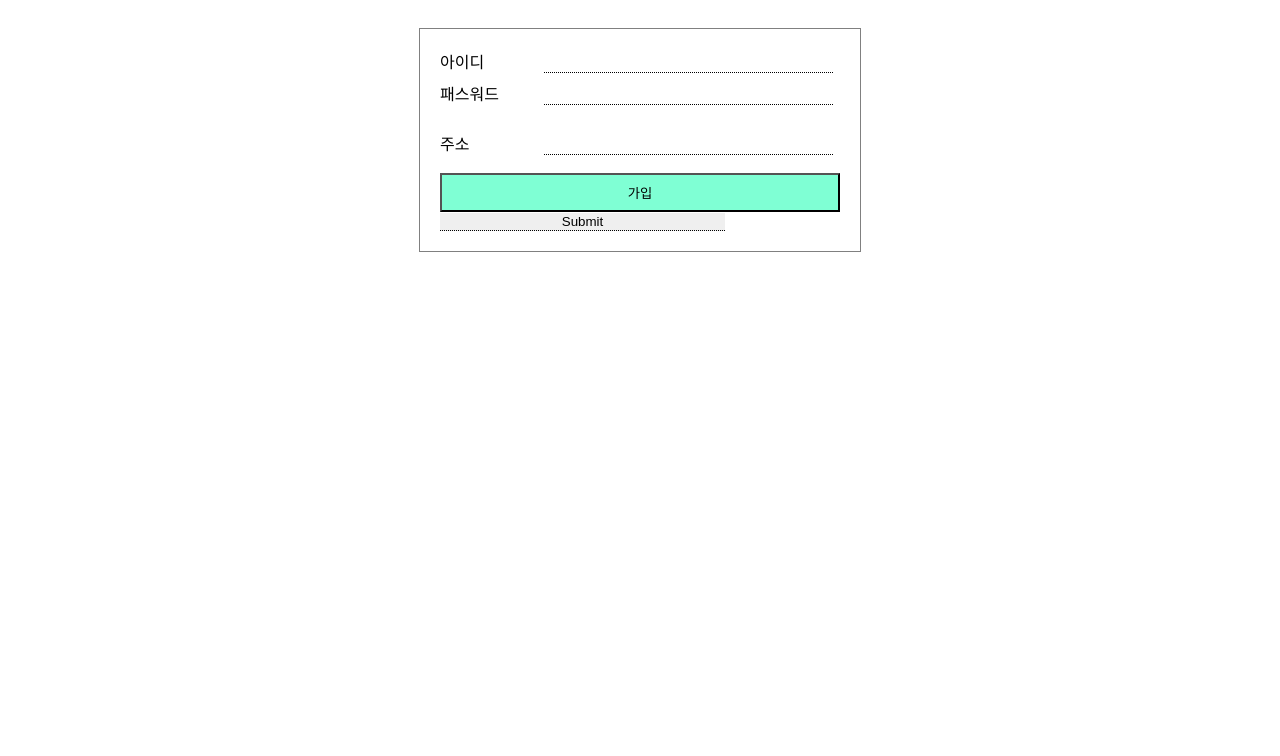
Repository: hyunhub-Park/jspStudy
Page: jspStudy/src/main/webapp/member/write.html
An editor plug-in stored every save of this project. The page is shown before and after the next save, followed by the edit.
The browser window is 1280 px wide. The pictures show the whole page.

Above is the page before, as saved 2024-12-03 12:22:04.

### jspStudy/src/main/webapp/member/write.html
<!DOCTYPE html>
<html lang="en">
<head>
    <meta charset="UTF-8">
    <meta name="viewport" content="width=device-width, initial-scale=1.0">
    <title>Register</title>
    <style>
        body
        {
            padding-top: 20px;
            height: 100vh;
        }

        form
        {
            width: 400px;
            margin: 0 auto;
            padding: 20px;
            border: 1px solid gray;
        }

        form label
        {
            display: inline-block;
            width: 100px;
        }

        form button
        {
            width: 100%;
            padding: 8px;
            display: block;
            background-color: aquamarine;
        }

/*         form #addr2
        {
            margin-left: 105px;
        } */

        form input
        {
            display: inline-block;
            width: 285px;
            border: none;
            border-bottom: 1px dotted black;
            outline: none;
        }

/*         #email1, #email2
        {
            width: 130px
        } */

        form p
        {
            font-size: 8px;
            margin-left: 105px;
        }
    </style>
    <script>
        // function onLoad ()
        // {
        //     // 객체 찾기.
        //     const pwd = document.querySelector('#pwd');
        //     const id =  document.querySelector('#id');
        //     const pwd_ck = document.querySelector('#pwd_ch');

        //     // 이벤트 리스너 등록 및 핸들러 처리.
        //     pwd.addEventListener("click", () =>
        //     {
        //         pwd.nextSibling.textContent = "영문자, 대소문자, 특수문자, 숫자 포함 8-32자."
        //     });

        //     id.addEventListener ("blur", ()=>
        //     {
        //         if(id.value.lenth <= 0)
        //         {
        //             idText.nextSibling.textContent = "필수입력항목";
        //         }
        //     });

        //     pwd.addEventListener ("blur", ()=>
        //     {
        //         if(pwd.value.lenth <= 0)
        //         {
        //             pwd.nextSibling.textContent = "필수입력항목";
        //         }
        //     });

        //     pwd_ck.addEventListener ("blur", ()=>
        //     {
        //         if(pwd_ck.value.lenth <= 0)
        //         {
        //             pwd_ck.nextSibling.textContent = "필수입력항목";
        //         }
        //     });

        //     // pwd_ch.addEventListener("blur", () => validate(pwd_ck));

        //     // function validate (obj)
        //     // {
        //     //     if (obj.value.lenth <= 0)
        //     //     obj.nextSibling.textContent = "필수입력항목";
        //     // }
        // }
    </script>
</head>
<body>
    <form action="/jspStudy/memberInsert" method="post">
        <label for="id">아이디</label>
        <input type="text" name="id" id="id"><p id="idText"></p>
        <label for="pwd" method="post">패스워드</label>
        <input type="password" name="pwd" id="pwd"><p id="idPwd"></p>
        <br>
        <label for="addr1">주소</label>
        <input type="text" name="addr1" id="addr1"> <br> <br>
        <!-- <input type="text" name="addr2" id="addr2"> <br> <br> -->
				<button>가입</button>
        <input type="submit"></input>
    </form>
</body>
</html>

After the next save:
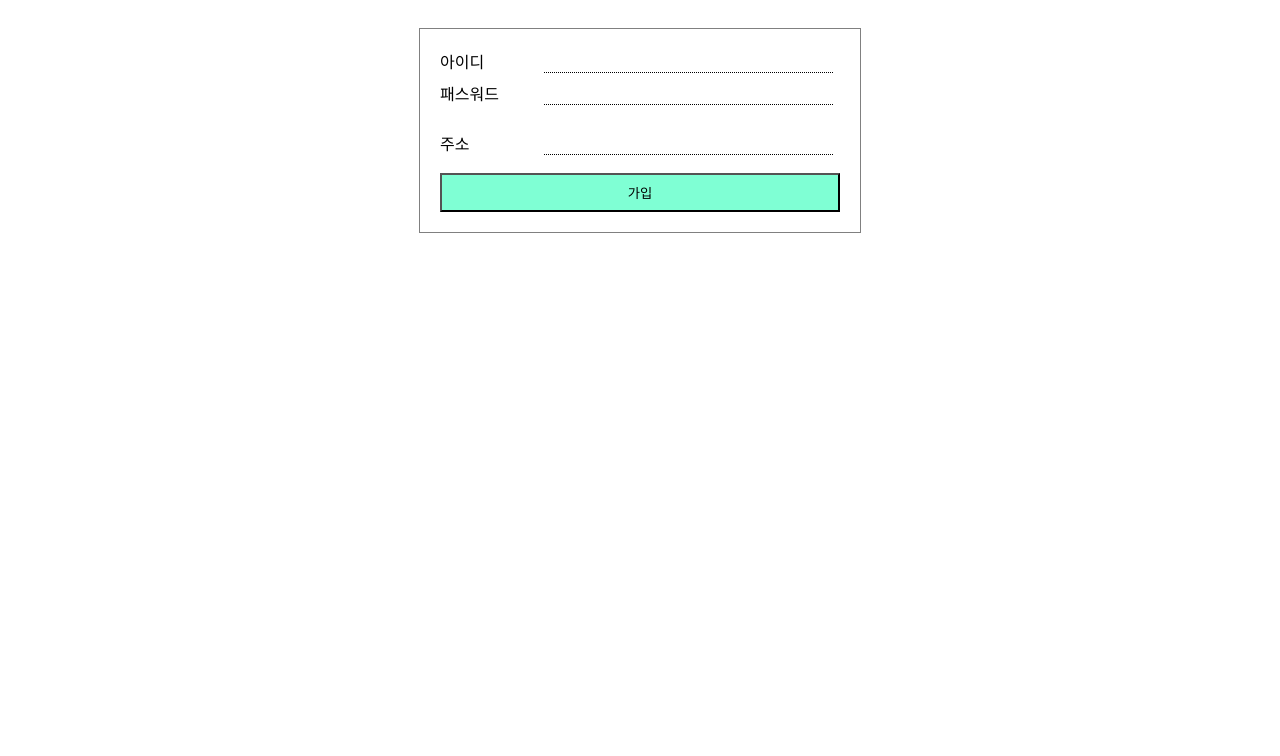
Saved 77 s later.
--- a/jspStudy/src/main/webapp/member/write.html
+++ b/jspStudy/src/main/webapp/member/write.html
@@ -116,8 +116,8 @@
         <label for="addr1">주소</label>
         <input type="text" name="addr1" id="addr1"> <br> <br>
         <!-- <input type="text" name="addr2" id="addr2"> <br> <br> -->
-				<button>가입</button>
-        <input type="submit"></input>
+				<button type="subit">가입</button>
+        <!-- <input type="submit"></input> -->
     </form>
 </body>
 </html>
